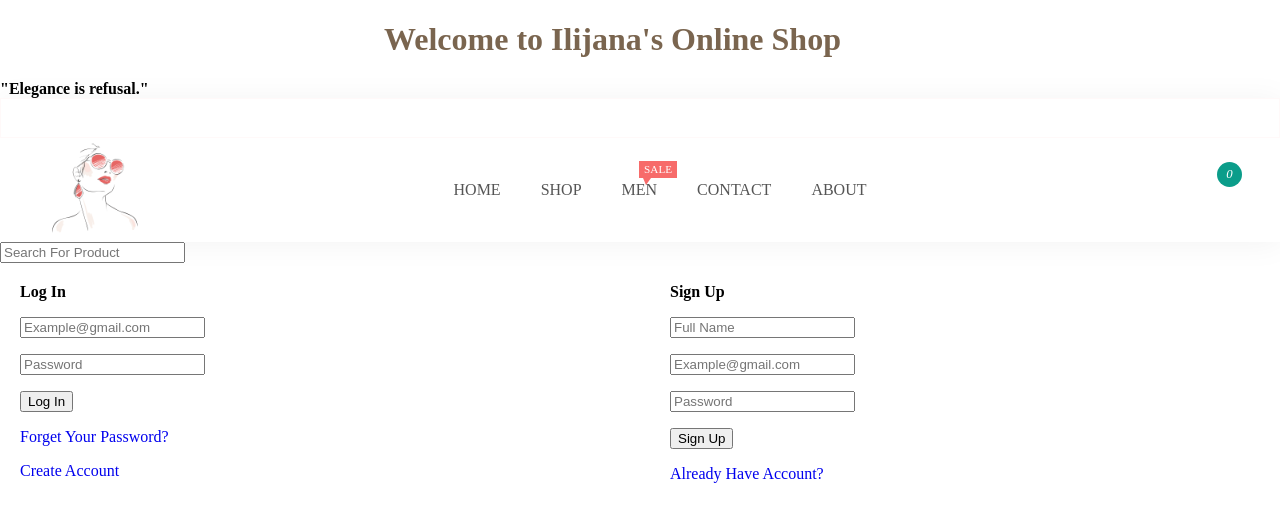
Repository: ilijana123/Proekt1
Page: html.html
An editor plug-in stored every save of this project. The page is shown before and after the next save, followed by the edit.
The browser window is 1280 px wide. The pictures show the part of the page from y = 0 to 532 px (the page is 4347 px tall).
Pictures or frames that could not be fetched are drawn as grey boxes. A picture or video elsewhere on the page could not be fetched, so the positions and the page height are approximate. The page's requests for data from a server got no answer.

Above is the page before, as saved 2023-11-13 14:54:21.
Console error: TypeError: Cannot read properties of null (reading 'appendChild')

After the next save:
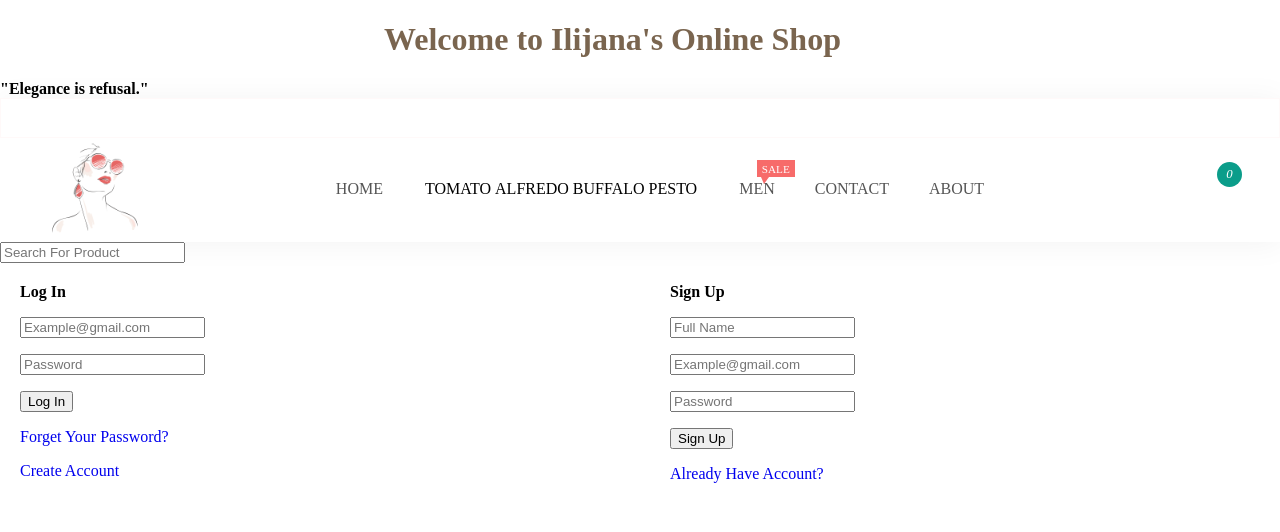
Saved 15 min 7 s later.
--- a/html.html
+++ b/html.html
@@ -31,7 +31,11 @@
      <div class="toggle"></div>
      <ul class="menu">
          <li><a href="#">Home</a></li>
-         <li class="shop" data-category="clothes"><a href="#">Shop</a></li>
+         <li class="shop" select name="Shop">
+            <option selected>Tomato</option>
+            <option>Alfredo</option>
+            <option>Buffalo</option>
+            <option>Pesto</option>
          <li><a href="#">Men</a>
              <span class="sale-lable">Sale</span>
          </li>
